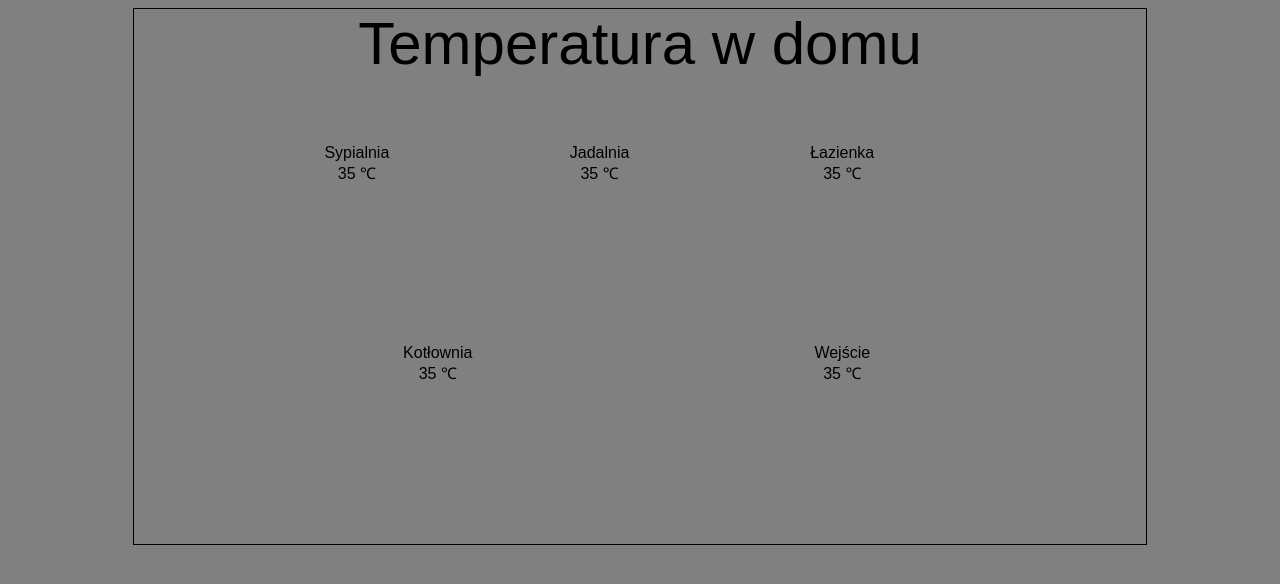
Repository: findryDev/flaskRestAPI
Page: templates/homeTemperature.html
The author's editor kept a copy of each file at every save. The page is drawn from the files as they stood at one save, then again after the next save.
The browser window is 1280 px wide. The pictures show the whole page.
The template is drawn by Flask 3. The application's start-up code is not run. The template is opened directly, without the code that normally fills it, so the values that code supplies are empty.

Above is the page before, as saved 2021-04-26 08:56:52.

After the next save:
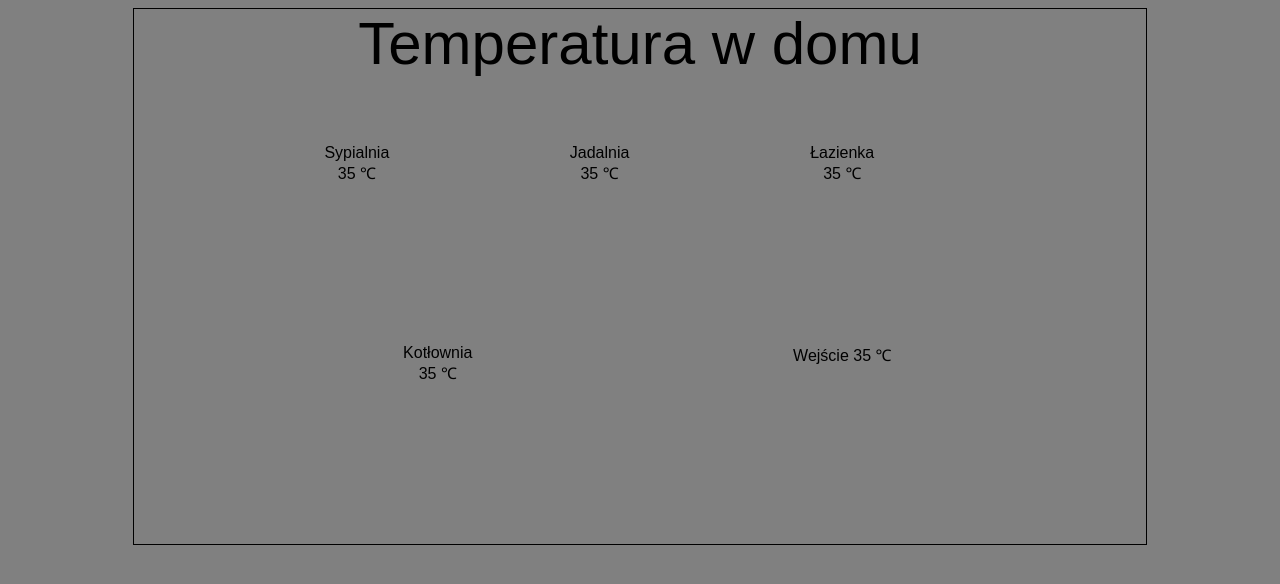
Saved 2 min 2 s later.
--- a/templates/homeTemperature.html
+++ b/templates/homeTemperature.html
@@ -12,8 +12,8 @@
         <div class="title">Temperatura w domu</div>
         <div class="main">
             <div class="inHomeTempR1">
-                Sypialnia <br>
-                35 <span>&#8451;</span>
+                <div class="name">Sypialnia </div>
+                <div class="value">35 <span>&#8451;</span></div>
             </div>
             <div class="inHomeTempR1">
                 Jadalnia <br>
@@ -26,7 +26,7 @@
                 Kotłownia <br>
                 35 <span>&#8451;</span></div>
             <div class="inHomeTempR2">
-                Wejście <br>
+                Wejście
                 35 <span>&#8451;</span></div>
             <div style="clear:both"></div>
 
